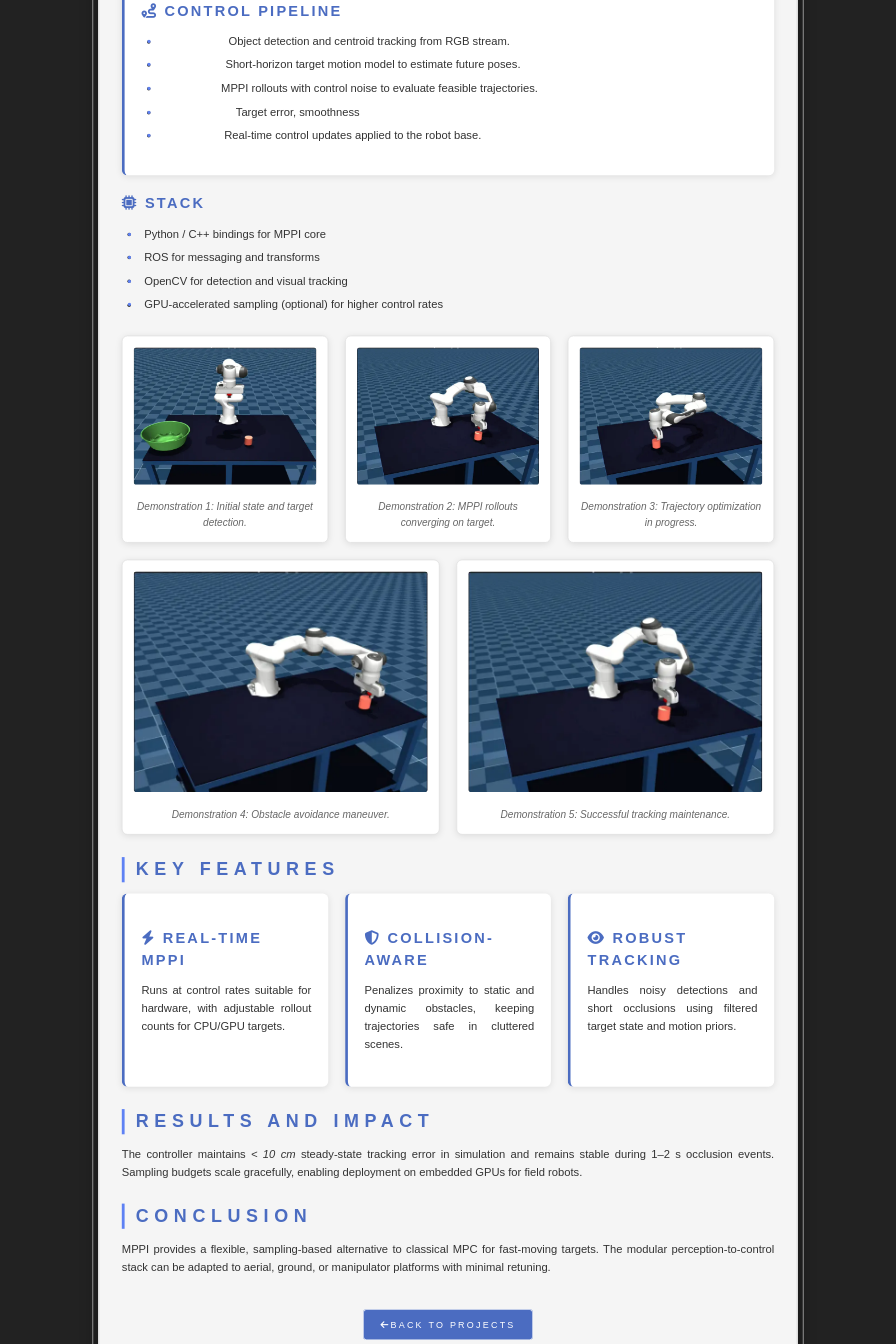
Repository: bk-poudel/bk-poudel.github.io
Page: projects/mppi_dynamic_object_tracking.html
The author's editor kept a copy of each file at every save. The page is drawn from the files as they stood at one save, then again after the next save.
The browser window is 1280 px wide. The pictures show the part of the page from y = 609 to 2529 px (the page is 2609 px tall before and 2677 px after), at 70% of full size.

Above is the page before, as saved 2026-01-04 12:13:00.

### projects/mppi_dynamic_object_tracking.html
<!DOCTYPE HTML>
<html lang="en">
<head>
    <title>MPPI Dynamic Object Tracking - BK Poudel</title>
    <meta charset="utf-8" />
    <meta name="viewport" content="width=device-width, initial-scale=1, user-scalable=no" />
    <link rel="stylesheet" href="assets/css/main.css" />
    <link rel="stylesheet" href="https://cdnjs.cloudflare.com/ajax/libs/font-awesome/6.4.0/css/all.min.css" />
    <noscript><link rel="stylesheet" href="assets/css/noscript.css" /></noscript>
    <style>
        :root {
            --primary: #4b6cc1;
            --secondary: #666666;
            --accent: #5e81f4;
            --light: #f8f8f8;
            --dark: #1a1a1a;
            --text: #333333;
            --frame-color: #dddddd;
            --bg-color: #222222;
            --content-bg: #f5f5f5;
        }
        body {
            background-color: var(--bg-color);
            font-family: 'Arial', sans-serif;
            line-height: 1.6;
            padding: 20px;
        }
        .project-content {
            max-width: 1000px;
            margin: 2rem auto;
            padding: 2rem;
            background: var(--content-bg);
            border-radius: 8px;
            box-shadow: 0 4px 25px rgba(0,0,0,0.4);
            border: 2px solid var(--frame-color);
            position: relative;
            color: var(--text);
        }
        .project-content::before {
            content: "";
            position: absolute;
            top: -10px;
            left: -10px;
            right: -10px;
            bottom: -10px;
            border: 1px solid var(--frame-color);
            border-radius: 12px;
            pointer-events: none;
            z-index: -1;
        }
        h1 {
            text-align: center;
            color: var(--primary);
            font-size: 2.2rem;
            margin-bottom: 1.5rem;
            position: relative;
            padding-bottom: 1rem;
        }
        h1::after {
            content: "";
            position: absolute;
            bottom: 0;
            left: 50%;
            transform: translateX(-50%);
            width: 100px;
            height: 3px;
            background: var(--accent);
        }
        h2 {
            color: var(--primary);
            font-size: 1.6rem;
            margin-top: 2rem;
            margin-bottom: 1rem;
            border-left: 4px solid var(--accent);
            padding-left: 1rem;
        }
        h3 {
            color: var(--primary);
            font-size: 1.3rem;
            margin-top: 1.5rem;
        }
        p {
            text-align: justify;
            margin-bottom: 1.5rem;
            color: var(--text);
        }
        ul {
            padding-left: 1.5rem;
            margin-bottom: 1.25rem;
        }
        li {
            margin-bottom: 0.5rem;
            position: relative;
            color: var(--text);
        }
        li::before {
            content: "•";
            color: var(--accent);
            font-weight: bold;
            position: absolute;
            left: -1rem;
        }
        .button {
            background: var(--primary);
            color: white;
            padding: 0.8rem 1.5rem;
            border-radius: 4px;
            text-decoration: none;
            display: inline-flex;
            align-items: center;
            transition: all 0.3s ease;
            font-weight: 500;
            border: none;
        }
        .button:hover {
            background: var(--accent);
            transform: translateY(-2px);
        }
        .abstract {
            background-color: rgba(75, 108, 193, 0.1);
            padding: 1.5rem;
            border-radius: 8px;
            margin-bottom: 2rem;
            border-left: 4px solid var(--primary);
        }
        .figure-container {
            display: flex;
            justify-content: space-around;
            flex-wrap: wrap;
            gap: 1.5rem;
            margin: 2rem 0;
        }
        .figure {
            flex: 1;
            min-width: 250px;
            text-align: center;
            background: white;
            padding: 1rem;
            border-radius: 8px;
            box-shadow: 0 2px 10px rgba(0,0,0,0.1);
            transition: transform 0.3s ease;
            border: 1px solid #e0e0e0;
        }
        .figure:hover { transform: translateY(-5px); }
        .figure img {
            width: 100%;
            height: auto;
            object-fit: cover;
            border-radius: 4px;
            margin-bottom: 0.8rem;
        }
        .figure-caption {
            font-style: italic;
            color: var(--secondary);
            font-size: 0.9rem;
        }
        .feature-list {
            display: grid;
            grid-template-columns: repeat(auto-fit, minmax(280px, 1fr));
            gap: 1.5rem;
        }
        .feature-item {
            background: white;
            padding: 1.5rem;
            border-radius: 8px;
            box-shadow: 0 2px 10px rgba(0,0,0,0.1);
            border-left: 4px solid var(--primary);
        }
        @media (max-width: 768px) {
            .project-content { padding: 1.5rem; margin: 1rem; }
            h1 { font-size: 1.8rem; }
            .figure-container { flex-direction: column; }
        }
    </style>
</head>
<body class="is-preload">
    <div class="project-content">
        <h1>MPPI-Based Dynamic Object Tracking</h1>
        <div class="abstract">
            <h2>Abstract</h2>
            <p>This project implements Model Predictive Path Integral (MPPI) control for dynamic object tracking. A vision pipeline detects and tracks moving targets, while MPPI samples control rollouts in real time to generate collision-free trajectories for a mobile robot. The system runs at control rates suitable for hardware deployment and remains robust to sensor noise and partial occlusion.</p>
        </div>
        <div class="technologies-used">
            <h2>Technical Implementation</h2>
            <div class="feature-item">
                <h3><i class="fas fa-route"></i> Control Pipeline</h3>
                <ul>
                    <li><strong>Perception:</strong> Object detection and centroid tracking from RGB stream.</li>
                    <li><strong>Prediction:</strong> Short-horizon target motion model to estimate future poses.</li>
                    <li><strong>Sampling:</strong> MPPI rollouts with control noise to evaluate feasible trajectories.</li>
                    <li><strong>Cost Design:</strong> Target error, smoothness</li>
                    <li><strong>Execution:</strong> Real-time control updates applied to the robot base.</li>
                </ul>
            </div>
            <div class="technologies-used">
                <h3><i class="fas fa-microchip"></i> Stack</h3>
                <ul>
                    <li>Python / C++ bindings for MPPI core</li>
                    <li>ROS for messaging and transforms</li>
                    <li>OpenCV for detection and visual tracking</li>
                    <li>GPU-accelerated sampling (optional) for higher control rates</li>
                </ul>
            </div>
        </div>
        <div class="figure-container">
            <div class="figure">
            <img src="../assets/project_images/MPPI/wemp-1.webp" alt="MPPI tracking visualization 1">
            <div class="figure-caption">Demonstration 1: Initial state and target detection.</div>
            </div>
            <div class="figure">
            <img src="../assets/project_images/MPPI/wemp-2.webp" alt="MPPI tracking visualization 2">
            <div class="figure-caption">Demonstration 2: MPPI rollouts converging on target.</div>
            </div>
            <div class="figure">
            <img src="../assets/project_images/MPPI/wemp-3.webp" alt="MPPI tracking visualization 3">
            <div class="figure-caption">Demonstration 3: Trajectory optimization in progress.</div>
            </div>
            <div class="figure">
            <img src="../assets/project_images/MPPI/wemp-4.webp" alt="MPPI tracking visualization 4">
            <div class="figure-caption">Demonstration 4: Obstacle avoidance maneuver.</div>
            </div>
            <div class="figure">
            <img src="../assets/project_images/MPPI/wemp-5.webp" alt="MPPI tracking visualization 5">
            <div class="figure-caption">Demonstration 5: Successful tracking maintenance.</div>
            </div>
        </div>
        <div class="products-created">
            <h2>Key Features</h2>
            <div class="feature-list">
                <div class="feature-item">
                    <h3><i class="fas fa-bolt"></i> Real-Time MPPI</h3>
                    <p>Runs at control rates suitable for hardware, with adjustable rollout counts for CPU/GPU targets.</p>
                </div>
                <div class="feature-item">
                    <h3><i class="fas fa-shield-alt"></i> Collision-Aware</h3>
                    <p>Penalizes proximity to static and dynamic obstacles, keeping trajectories safe in cluttered scenes.</p>
                </div>
                <div class="feature-item">
                    <h3><i class="fas fa-eye"></i> Robust Tracking</h3>
                    <p>Handles noisy detections and short occlusions using filtered target state and motion priors.</p>
                </div>
            </div>
        </div>
        <div class="impact">
            <h2>Results and Impact</h2>
            <p>The controller maintains <em>< 10 cm</em> steady-state tracking error in simulation and remains stable during 1–2 s occlusion events. Sampling budgets scale gracefully, enabling deployment on embedded GPUs for field robots.</p>
        </div>
        <div class="conclusion">
            <h2>Conclusion</h2>
            <p>MPPI provides a flexible, sampling-based alternative to classical MPC for fast-moving targets. The modular perception-to-control stack can be adapted to aerial, ground, or manipulator platforms with minimal retuning.</p>
        </div>
        <div class="home-button" style="text-align: center; margin-top: 3rem;">
            <a href="../index.html#projects" class="button">
                <i class="fas fa-arrow-left"></i>
                Back to Projects
            </a>
        </div>
    </div>
    <script src="assets/js/jquery.min.js"></script>
    <script src="assets/js/browser.min.js"></script>
    <script src="assets/js/breakpoints.min.js"></script>
    <script src="assets/js/util.js"></script>
    <script src="assets/js/main.js"></script>
</body>
</html>

Loaded but not shown: assets/css/fontawesome-all.min.css (library); assets/js/jquery.min.js (library); assets/js/browser.min.js (common file); assets/js/breakpoints.min.js (common file); assets/js/util.js (587 lines, source omitted); assets/js/main.js (401 lines, source omitted); assets/css/main.css (1753 lines, source omitted)

After the next save:
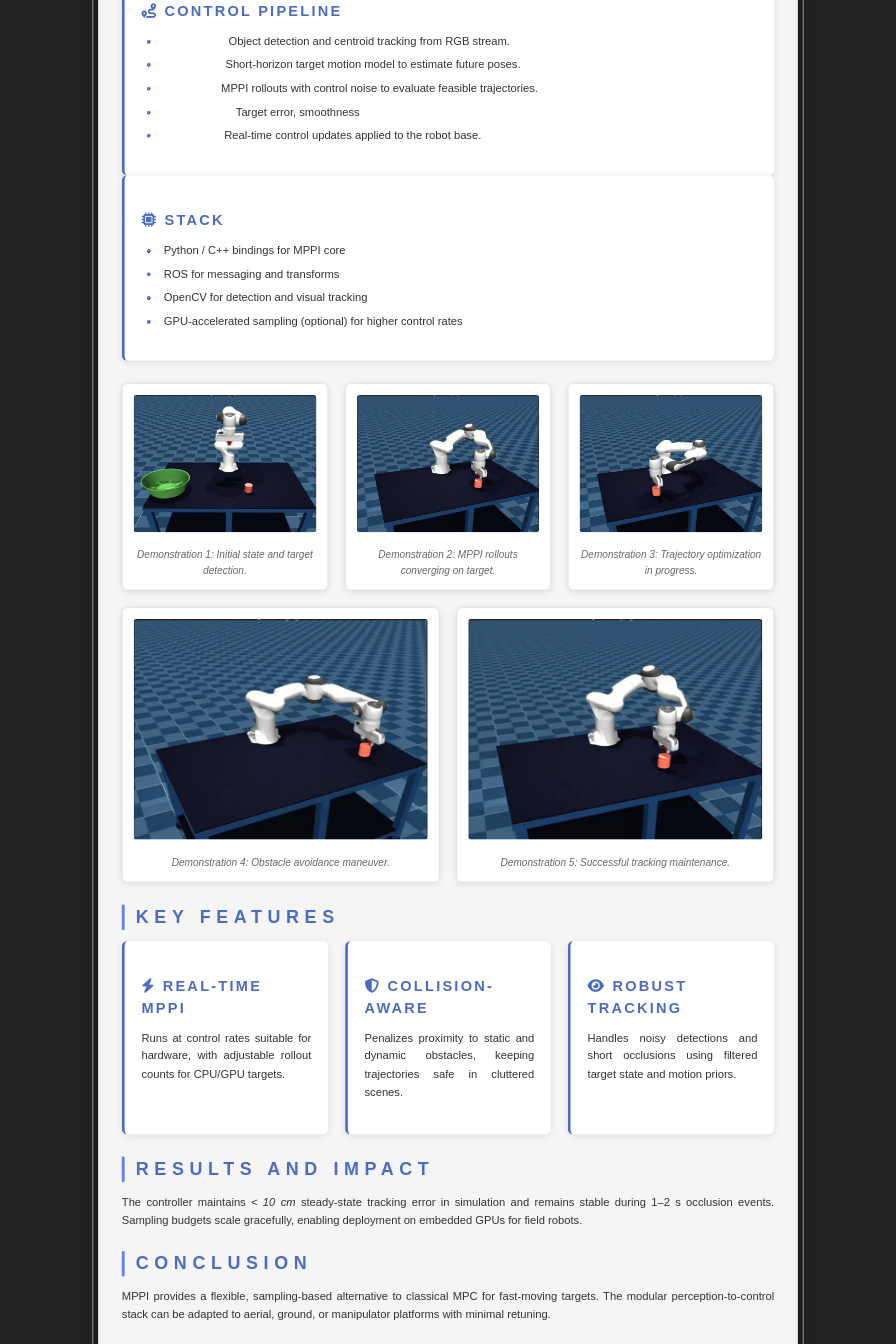
Saved 25 s later.
--- a/projects/mppi_dynamic_object_tracking.html
+++ b/projects/mppi_dynamic_object_tracking.html
@@ -192,7 +192,7 @@
                     <li><strong>Execution:</strong> Real-time control updates applied to the robot base.</li>
                 </ul>
             </div>
-            <div class="technologies-used">
+            <div class="feature-item">
                 <h3><i class="fas fa-microchip"></i> Stack</h3>
                 <ul>
                     <li>Python / C++ bindings for MPPI core</li>

After the save that followed:
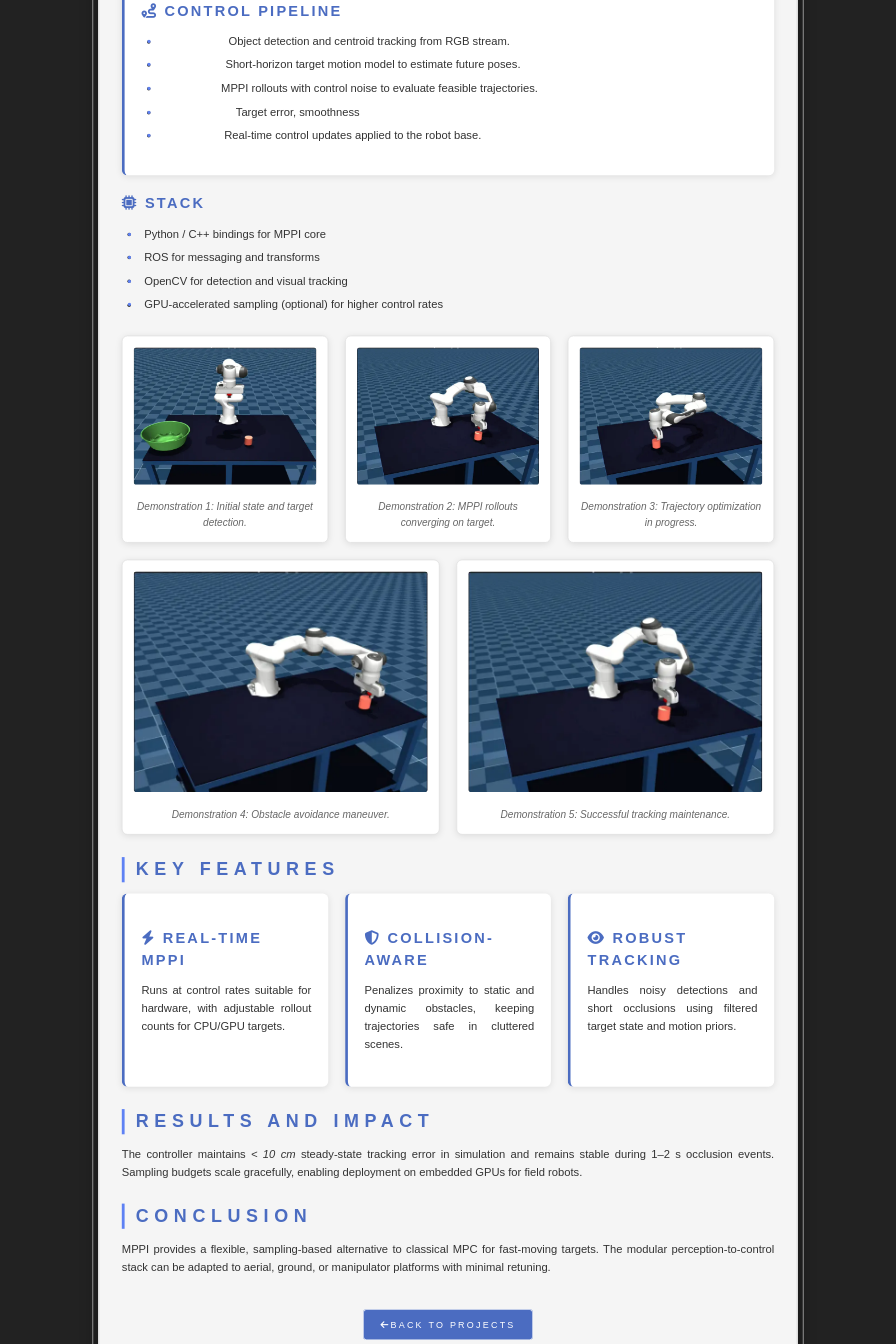
Saved 71 s later.
--- a/projects/mppi_dynamic_object_tracking.html
+++ b/projects/mppi_dynamic_object_tracking.html
@@ -192,7 +192,7 @@
                     <li><strong>Execution:</strong> Real-time control updates applied to the robot base.</li>
                 </ul>
             </div>
-            <div class="feature-item">
+            <div class="methodology-item">
                 <h3><i class="fas fa-microchip"></i> Stack</h3>
                 <ul>
                     <li>Python / C++ bindings for MPPI core</li>
